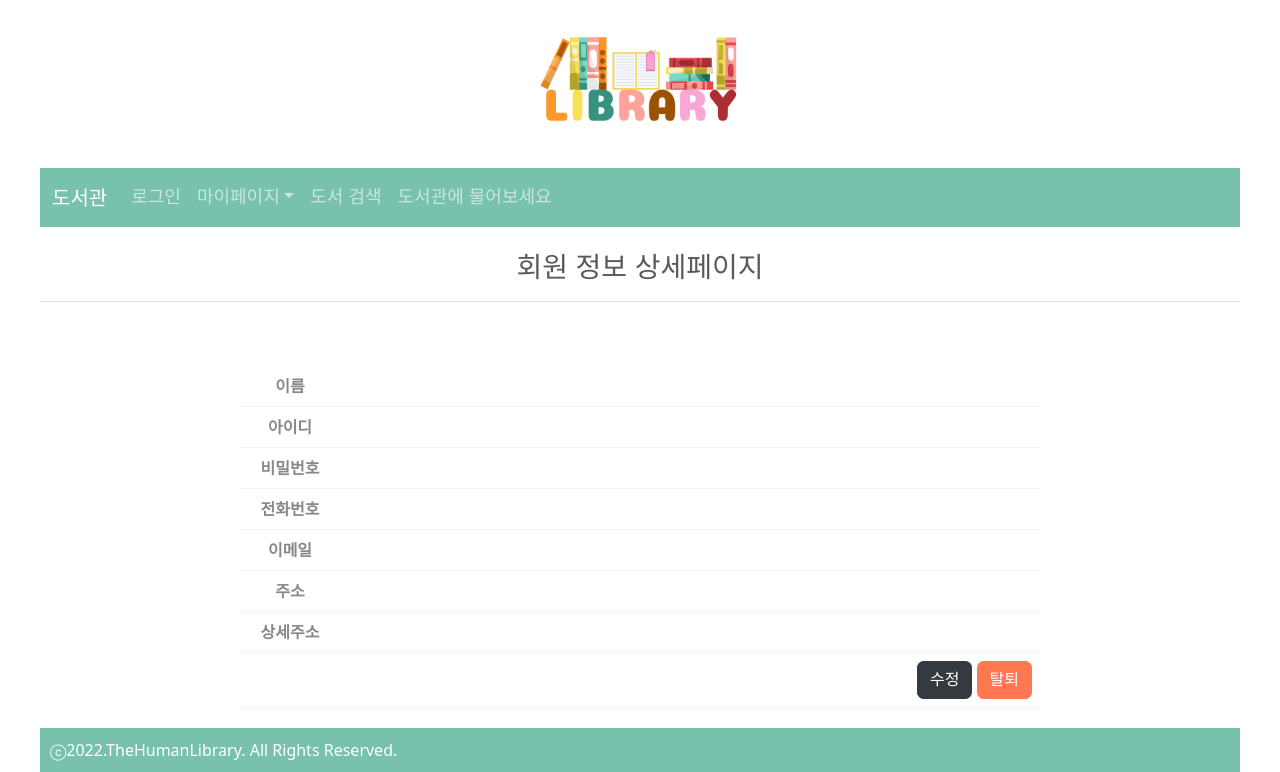
Repository: ahnbin00/Library
Page: http://localhost/BookRental/WEB-INF/book/manageMember.jsp
An editor plug-in stored every save of this project. The page is shown before and after the next save, followed by the edit.
The browser window is 1280 px wide. The pictures show the whole page.
Some web fonts or font styles are not loaded; a fallback is used. Some web libraries are served in a nearby version. The page is served by Tomcat 9. Nobody is signed in. The template is opened directly, without the code that normally fills it, so the values that code supplies are empty.

Above is the page before, as saved 2022-12-22 07:39:49.

After the next save:
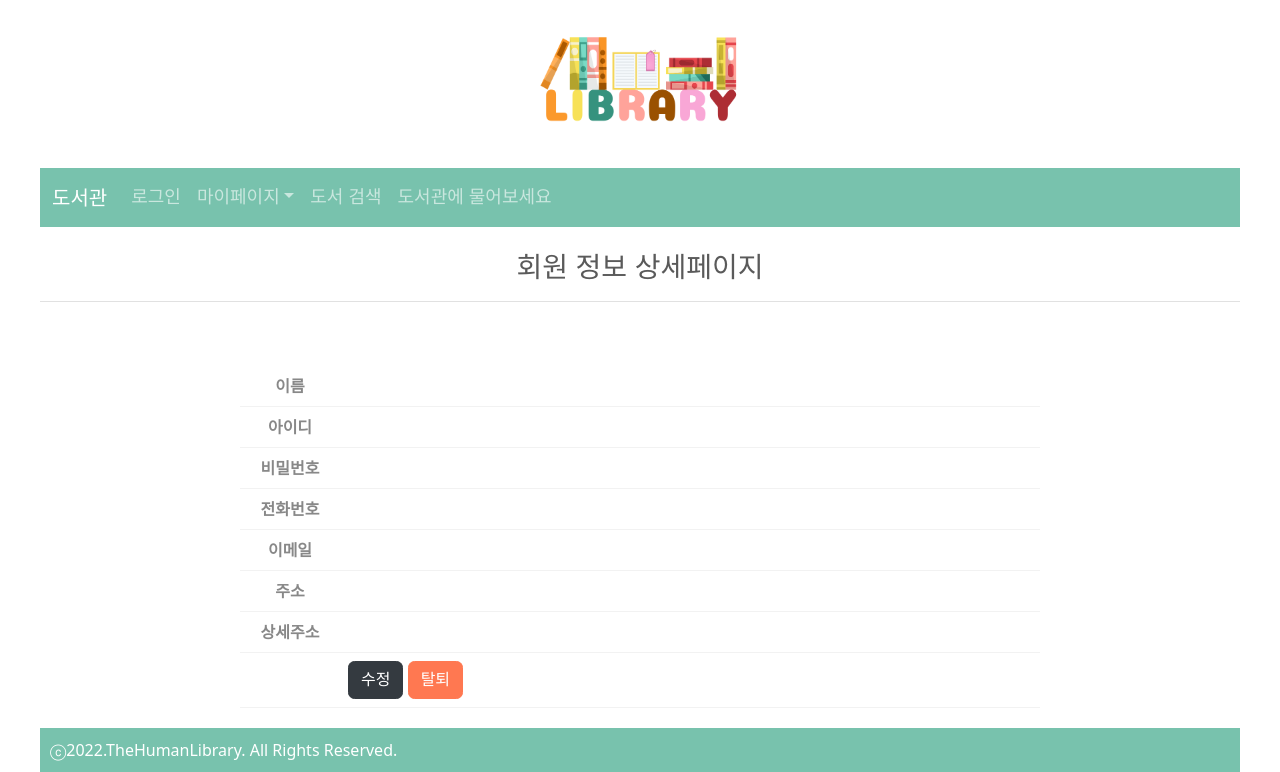
Saved 22 s later.
--- a/BookRental/src/main/webapp/WEB-INF/book/manageMember.jsp
+++ b/BookRental/src/main/webapp/WEB-INF/book/manageMember.jsp
@@ -19,7 +19,9 @@
 th{
 	100px;
 }
-
+td{
+text-align: left
+}
 </style>
 </head>
 <body style="width:1200px; text-align:center; margin: 0 auto;" >

After the save that followed:
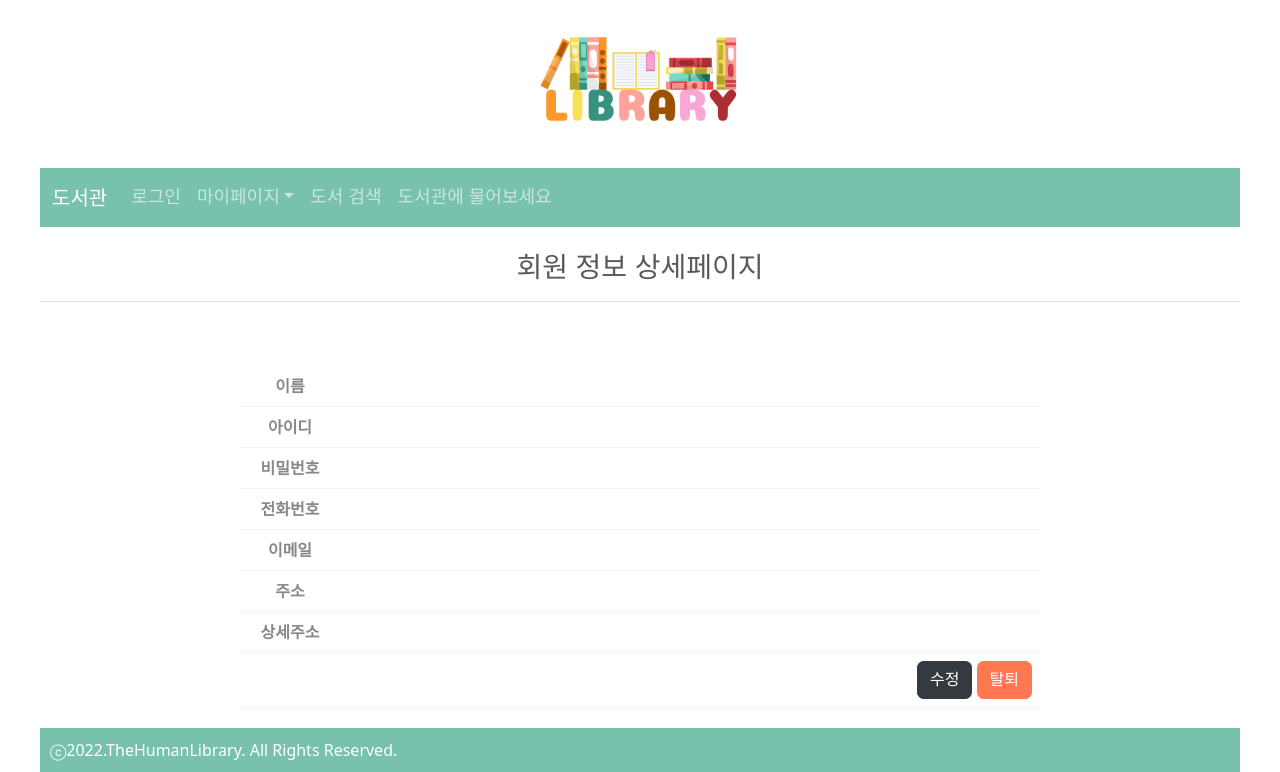
Saved 46 s later.
--- a/BookRental/src/main/webapp/WEB-INF/book/manageMember.jsp
+++ b/BookRental/src/main/webapp/WEB-INF/book/manageMember.jsp
@@ -19,7 +19,7 @@
 th{
 	100px;
 }
-td{
+.textLeft{
 text-align: left
 }
 </style>
